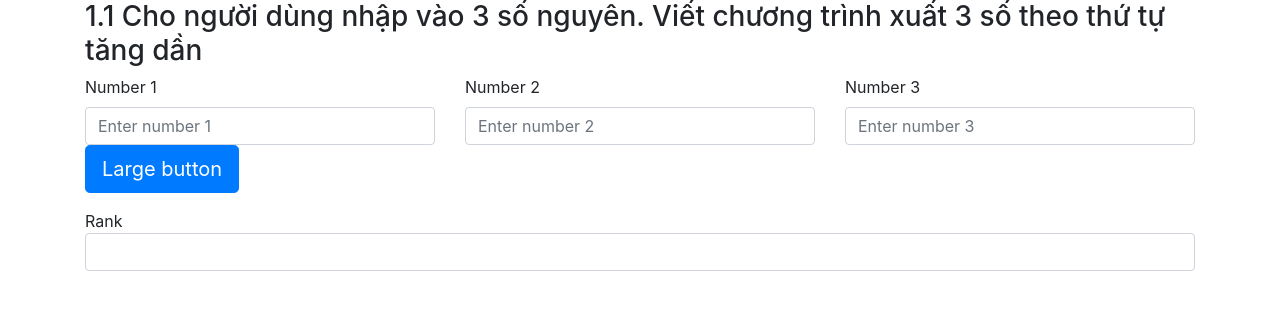
Repository: baobaodeveloper/bootscamp21__jsbasic__HuynhAnhBao
Page: index.html
These files come from the project's save history. The page is drawn as it stood at one moment and after the next save; the edit follows.
The browser window is 1280 px wide. The pictures show the whole page.

Above is the page before, as saved 2022-03-09 23:06:50.

### index.html
<!DOCTYPE html>
<html lang="en">
  <head>
    <title>javaScript basic</title>
    <!-- Required meta tags -->
    <meta charset="utf-8" />
    <meta
      name="viewport"
      content="width=device-width, initial-scale=1, shrink-to-fit=no"
    />

    <!-- Bootstrap CSS -->
    <link
      rel="stylesheet"
      href="https://stackpath.bootstrapcdn.com/bootstrap/4.3.1/css/bootstrap.min.css"
      integrity="sha384-ggOyR0iXCbMQv3Xipma34MD+dH/1fQ784/j6cY/iJTQUOhcWr7x9JvoRxT2MZw1T"
      crossorigin="anonymous"
    />
  </head>
  <body>
    <div class="container">
      <h3>
        1.1 Cho người dùng nhập vào 3 số nguyên. Viết chương trình xuất 3 số
        theo thứ tự tăng dần
      </h3>

      <div class="row">
        <div class="col">
          <label class="form-label">Number 1</label>
          <input
            type="number"
            class="form-control"
            placeholder="Enter number 1"
          />
        </div>
        <div class="col">
          <label class="form-label">Number 2</label>
          <input
            type="number"
            class="form-control"
            placeholder="Enter number 2"
          />
        </div>
        <div class="col">
          <label class="form-label">Number 3</label>
          <input
            type="number"
            class="form-control"
            placeholder="Enter number 3"
          />
        </div>
      </div>

      <button type="button" class="btn btn-primary btn-lg">Large button</button>

      <div class="mt-3">
        <labelclass="form-label"
          >Rank</labelclass=
        >
        <input
          type="text"
          class="form-control"

        />
      </div>
    </div>
    <!-- Optional JavaScript -->
    <!-- jQuery first, then Popper.js, then Bootstrap JS -->
    <script
      src="https://code.jquery.com/jquery-3.3.1.slim.min.js"
      integrity="sha384-q8i/X+965DzO0rT7abK41JStQIAqVgRVzpbzo5smXKp4YfRvH+8abtTE1Pi6jizo"
      crossorigin="anonymous"
    ></script>
    <script
      src="https://cdnjs.cloudflare.com/ajax/libs/popper.js/1.14.7/umd/popper.min.js"
      integrity="sha384-UO2eT0CpHqdSJQ6hJty5KVphtPhzWj9WO1clHTMGa3JDZwrnQq4sF86dIHNDz0W1"
      crossorigin="anonymous"
    ></script>
    <script
      src="https://stackpath.bootstrapcdn.com/bootstrap/4.3.1/js/bootstrap.min.js"
      integrity="sha384-JjSmVgyd0p3pXB1rRibZUAYoIIy6OrQ6VrjIEaFf/nJGzIxFDsf4x0xIM+B07jRM"
      crossorigin="anonymous"
    ></script>
  </body>
</html>

After the next save:
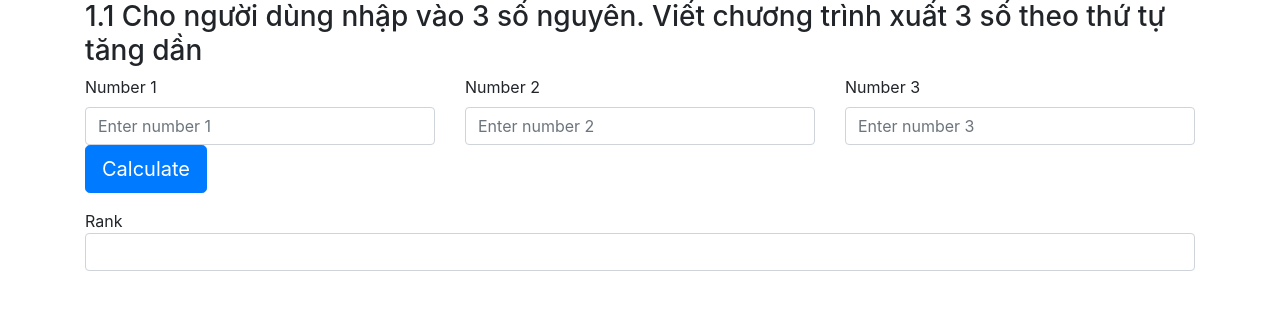
Saved 12 s later.
--- a/index.html
+++ b/index.html
@@ -51,7 +51,7 @@
         </div>
       </div>
 
-      <button type="button" class="btn btn-primary btn-lg">Large button</button>
+      <button type="button" class="btn btn-primary btn-lg">Calculate</button>
 
       <div class="mt-3">
         <labelclass="form-label"
